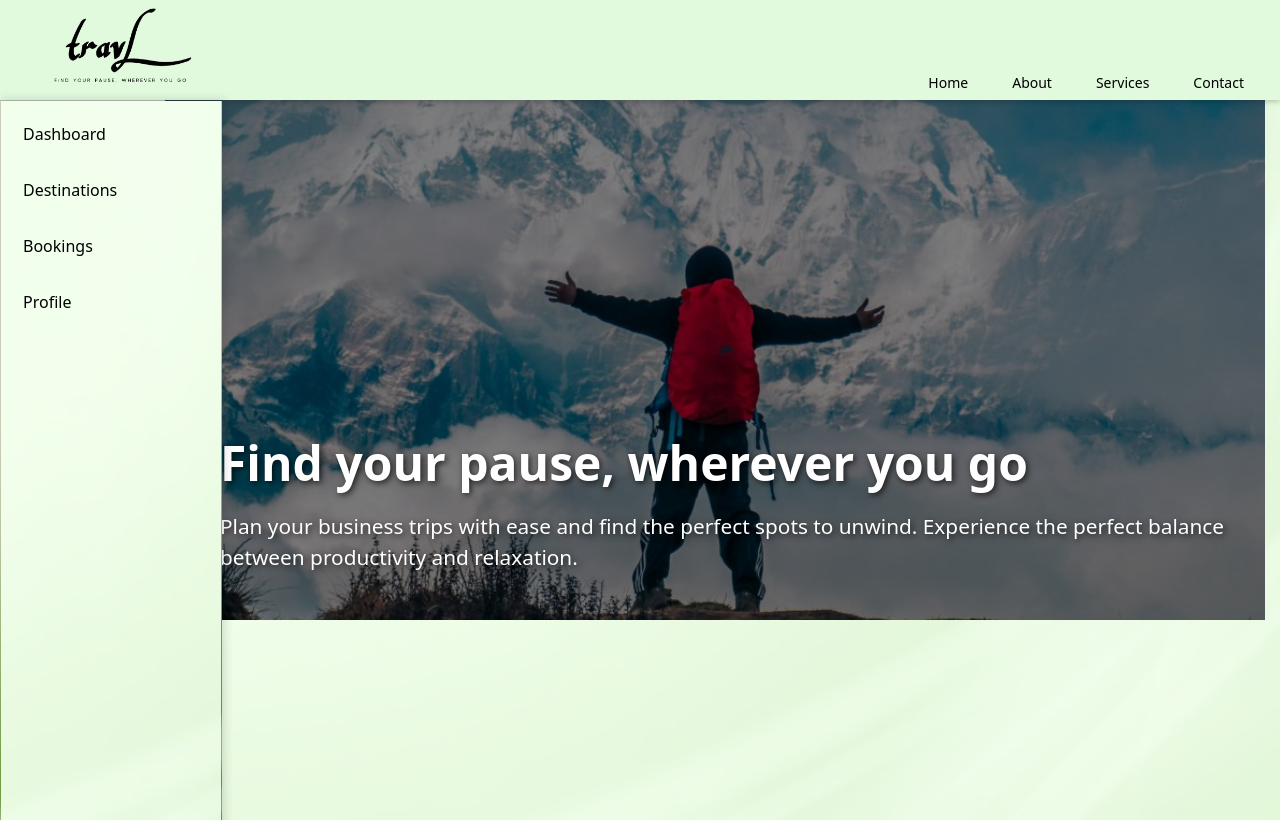
Repository: Nakib-Arman/Javafest25---travL
Page: / (app in Frontend/)
These files come from the project's save history. The page is drawn as it stood at one moment and after the next save; the edit follows.
The browser window is 1280 px wide. The pictures show the whole page.
Pictures or frames that could not be fetched are drawn as grey boxes. The project was rebuilt for these pictures with package versions that can differ from the ones it lists, and the page was loaded fresh each time. Also part of the build but not shown: Frontend/vite.config.js.

Above is the page before, as saved 2025-08-13 14:00:46.

### Frontend/src/App.jsx
import { useState } from 'react'

import Home from './Components/Home'

function App() {
  const [count, setCount] = useState(0)

  return (
    <div>
      <Home/>
    </div>
  )
}

export default App

### Frontend/src/Components/Home.jsx
import React, { useState, useEffect } from 'react';
import '../CSS/Home.css';
import Topbar from './Topbar';
import Sidebar from './Sidebar';

import img1 from '../assets/travel1.jpg';
import img2 from '../assets/travel2.jpg';
import img3 from '../assets/travel3.jpg';
import logo from '../assets/Logo1.png';  // adjust the path as needed


export default function Home() {
  const images = [img1, img2, img3];
  const [currentIndex, setCurrentIndex] = useState(0);

  useEffect(() => {
    const timer = setInterval(() => {
      setCurrentIndex((prev) => (prev + 1) % images.length);
    }, 8000);
    return () => clearInterval(timer);
  }, [images.length]);

  return (
    <div className="home-container">
      <Topbar />
      <Sidebar />

      <div className="slideshow-container">
        <div
          className="slide-track"
          style={{ transform: `translateX(-${currentIndex * 100}%)` }}
        >
          {images.map((src, idx) => (
            <img key={idx} src={src} alt={`Slide ${idx}`} className="slide-image" />
          ))}
        </div>

        <div className="overlay-text">
          <h1>Find your pause, wherever you go</h1>
          <p>Plan your business trips with ease and find the perfect spots to unwind.
          Experience the perfect balance between productivity and relaxation.</p>
        </div>
      </div>
    </div>
  );
}

### Frontend/src/CSS/Home.css
.home-container {
    margin: 0;
    padding: 0;

    height: 100vh;
    width: 100vw;

    background-image: url('../assets/background2.jpg');
    background-position: center;
    background-repeat: no-repeat;
    background-size: cover;

    position: relative;
    color: black;
}


.home-container::before {
    content: '';
    position: absolute;
    top: 0;
    left: 0;
    right: 0;
    bottom: 0;
    background: rgba(241, 255, 238, 0.9);
    z-index: 1;
    pointer-events: none;
}



/* Slideshow adjusted to leave space for navbars */
.slideshow-container {
    position: relative;
    margin-top: 100px;
    /* space for topbar */
    margin-left: 165px;
    /* space for sidebar */
    width: calc(100% - 180px);
    height: calc(100% - 200px);
    /* 60% of viewport height */
    overflow: hidden;
    background-color: black;
    /* fallback */
    z-index: 2;
}

.slide-track {
    display: flex;
    transition: transform 0.8s ease-in-out;
    height: 100%;
}

.slide-image {
    min-width: 100%;
    height: 100%;
    object-fit: cover;
    opacity: 0.5;
}

/* Text overlay on slideshow */
.overlay-text {
    position: absolute;
    bottom: 5%;
    left: 5%;
    transform: none;
    text-align: left;
    color: white;
    text-shadow: 2px 2px 6px rgba(0, 0, 0, 0.7);
    z-index: 2;
}

.overlay-text h1 {
    font-size: 3rem;
    margin-bottom: 10px;
}

.overlay-text p {
    font-size: 1.3rem;
}

### Frontend/src/Components/Topbar.jsx
// src/components/Topbar.js
import React from 'react';
import '../CSS/Topbar.css';

export default function Topbar() {
  return (
    <nav className="topbar">
      <a className="logo-link" href="/"></a>

      <div className="nav-buttons">
        <button>Home</button>
        <button>About</button>
        <button>Services</button>
        <button>Contact</button>
      </div>
    </nav>
  );
}

### Frontend/src/Components/Sidebar.jsx
// src/components/Sidebar.js
import React from 'react';
import '../CSS/Sidebar.css';

export default function Sidebar() {
  return (
    <div className="sidebar">
      <button>Dashboard</button>
      <button>Destinations</button>
      <button>Bookings</button>
      <button>Profile</button>
    </div>
  );
}

### Frontend/src/CSS/Topbar.css
.topbar {
    position: fixed;
    top: 0;
    left: 0;
    right: 0;
    height: 100px;
    background-color: #e1fade;
    display: flex;
    justify-content: space-between;
    align-items: flex-end;
    padding: 0 20px;
    box-shadow: 0 2px 5px rgba(0,0,0,0.2);
    z-index: 1000;
  }

  /* Logo */
  .logo-link {
    display: inline-block;
    height: 100px;   /* make bigger if needed */
    width: 200px;
    background-image: url('../assets/Logo1.png');
    background-size: contain;
    background-repeat: no-repeat;
    background-position: center;
  }

  /* Navigation buttons container */
  .nav-buttons {
    display: flex;
    gap: 12px;
  }

  /* Button styling */
  .nav-buttons button {
    background-color: transparent;
    color: black;
    border: none;
    padding: 8px 16px;
    border-radius: 6px;
    font-size: 14px;
    font-weight: 500;
    cursor: pointer;
    transition: background-color 0.3s ease;
  }

  .nav-buttons button:hover {
    background-color: #354434;
    color: white;
  }

### Frontend/src/CSS/Sidebar.css
.sidebar {
  position: fixed;
  top: 100px;
  /* below topbar height */
  left: 0;
  width: 200px;
  height: 100vh;
  /* background-color: ; */
  background-image: url('../assets/background2.jpg');
    background-position: center;
    background-repeat: no-repeat;
    background-size: cover;
  display: flex;
  flex-direction: column;
  padding: 10px;
  gap: 10px;
  z-index: 1050;

  /* Border + shadow */
  border: 1px solid rgba(0, 0, 0, 0.2);
  box-shadow: 2px 0 10px rgba(0, 0, 0, 0.15);
}


.sidebar::before {
  content: '';
  position: absolute;
  top: 0;
  left: 0;
  right: 0;
  bottom: 0;
  background: rgba(241, 255, 238, 0.9);
  z-index: 1;
  pointer-events: none;
}


.sidebar button {
  background-color: transparent;
  color: black;
  border: none;
  padding: 12px;
  text-align: left;
  border-radius: 4px;
  cursor: pointer;
  transition: background-color 0.3s ease;
  z-index: 2;
}

.sidebar button:hover {
  background-color: #666;
}

Loaded but not shown: Frontend/index.html (common file); Frontend/src/main.jsx (common file); Frontend/src/index.css (common file)

After the next save:
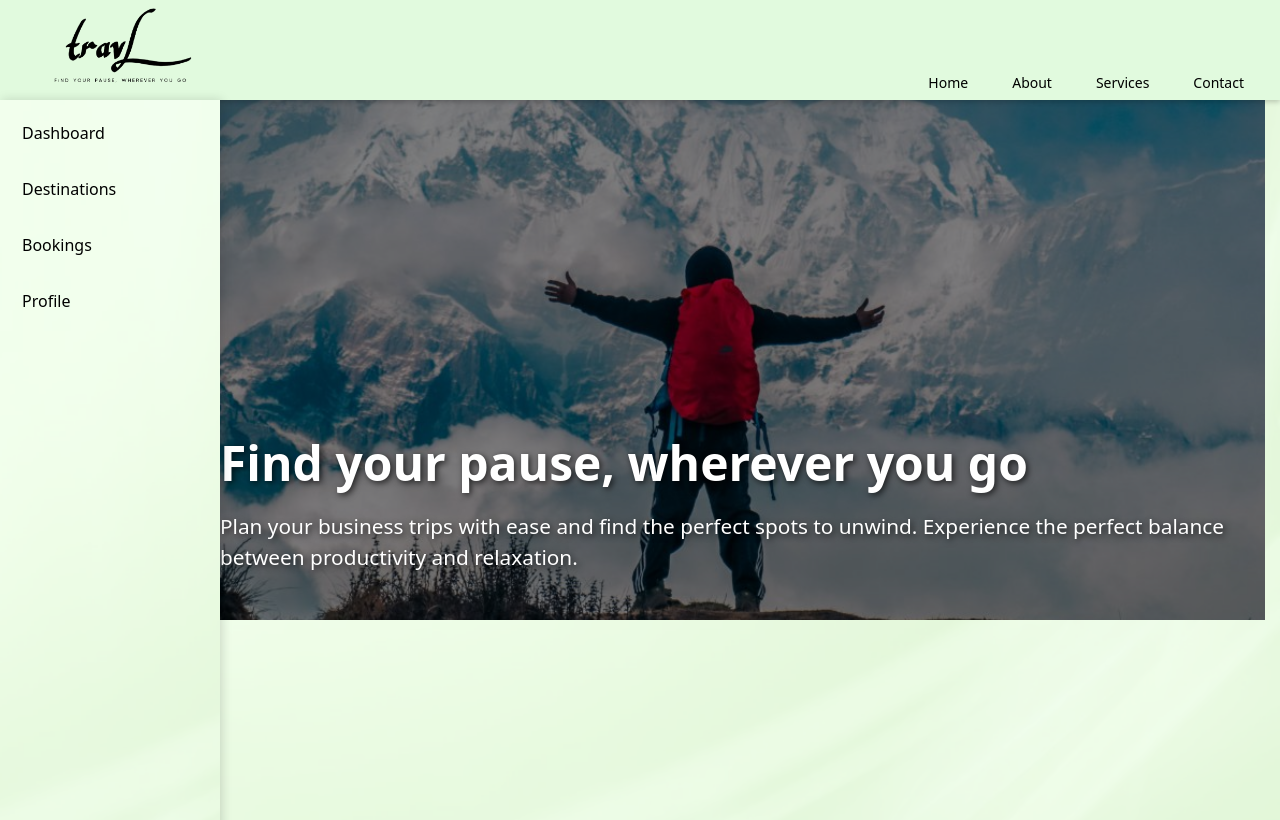
Saved 11 s later.
--- a/Frontend/src/CSS/Sidebar.css
+++ b/Frontend/src/CSS/Sidebar.css
@@ -17,7 +17,7 @@
   z-index: 1050;
 
   /* Border + shadow */
-  border: 1px solid rgba(0, 0, 0, 0.2);
+  /* border: 1px solid rgba(0, 0, 0, 0.2); */
   box-shadow: 2px 0 10px rgba(0, 0, 0, 0.15);
 }
 
